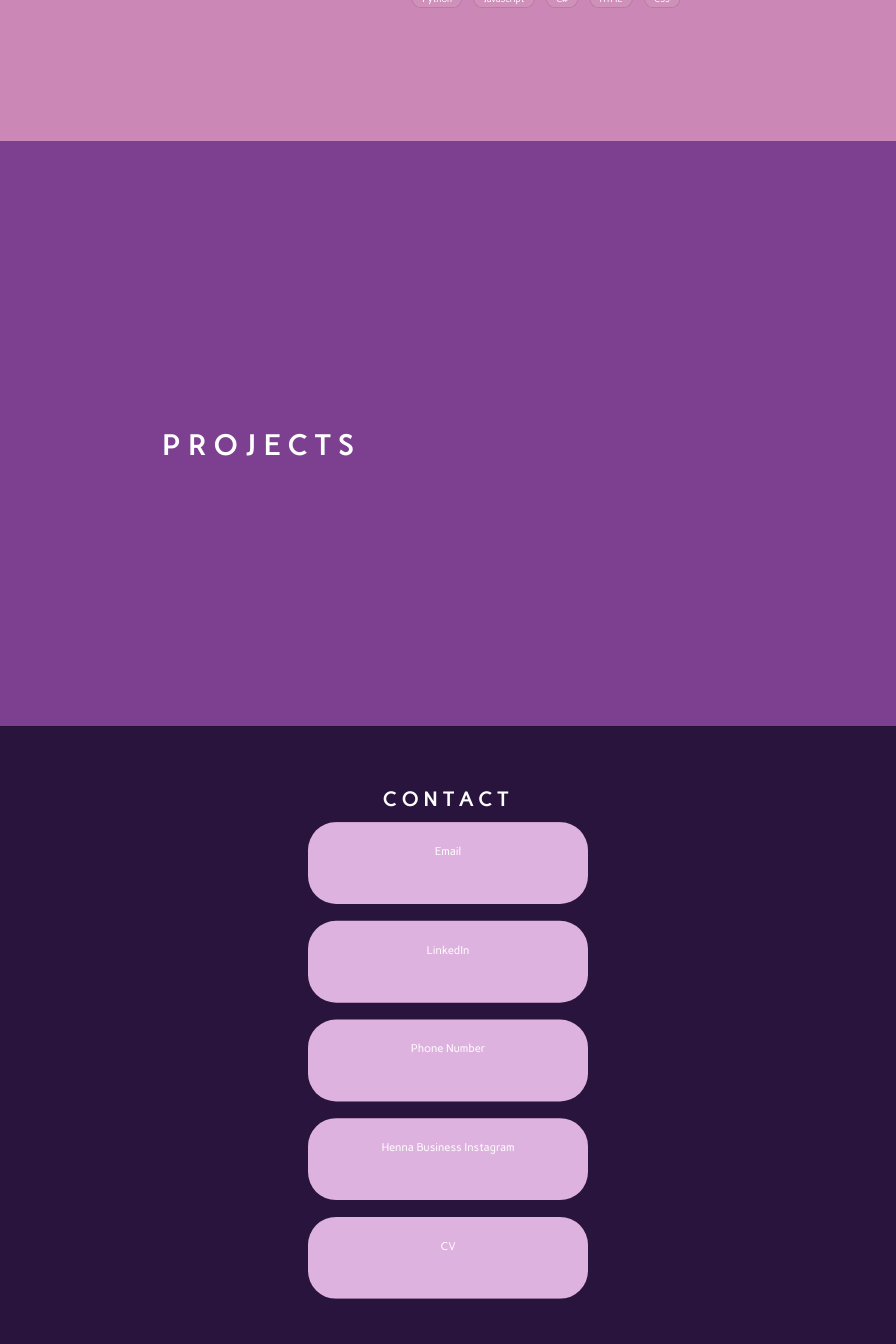
Repository: Rameen-A/Rameen-A
Page: index.html
An editor plug-in stored every save of this project. The page is shown before and after the next save, followed by the edit.
The browser window is 1280 px wide. The pictures show the part of the page from y = 1278 to 3198 px (the page is 3198 px tall), at 70% of full size.

Above is the page before, as saved 2026-05-05 15:00:59.

### index.html
<!DOCTYPE html>
<html lang="en">
  <head>
    <meta charset="UTF-8" />
    <meta name="viewport" content="width=device-width, initial-scale=1.0" />
    <title>My Portfolio Project</title>
    <link rel="stylesheet" href="styles/globals.css" />
    <link rel="stylesheet" href="styles/index.css" />
  </head>
  <body>
    <nav class="sidebar">
      <button class="menu-button">☰</button>
      <ul class="menu">
        <li><a href="#about">About me</a></li>
        <li><a href="#projects">View Projects</a></li>
        <li><a href="#contact">My Info </a></li>
      </ul>
    </nav>
    <!-- Hero Section -->
    <section class="hero">
      <article>
        <h1>Rameen Amir</h1>
        <h3>Computer Science student | Business Artist</h3>
        <a href="#projects">View Projects</a>
      </article>
    </section>
    <!-- About Me Section -->
    <section class="about" id="about">
      <img
        src="assets/images/686415663_1672869123865112_6993977710073232581_n.jpg"
        alt="Profile Picture"
      />
      <div class="about-content">
        <h2 class="aboutMe">About Me</h2>
        <p>
          I am a Computer Science student with a passion for business and
          creating. I have experience in c# and UI, project and management. I am
          always looking for new opportunities to learn and grow in both fields.
        </p>
        <p class="tools-labels">Tools & Technologies:</p>
        <ul class="tools-list">
          <li>Python</li>
          <li>JavaScript</li>
          <li>C#</li>
          <li>HTML</li>
          <li>CSS</li>
        </ul>
      </div>
    </section>
    <!-- Projects Section -->
    <section class="projects" id="projects">
      <h2>Projects</h2>
      <div class="cards">
        <article class="card">
          <h3>Pac-man game</h3>
          <p>
            A console PacMan style game built in C# for Programming 1. Features
            a live timer, score tracking, high score system, and a main menu
            rendered entirely in the terminal.
          </p>
          <p class="tech">C# · .NET · Console</p>
          <a href="" target="_blank">View Code</a>
        </article>
        <article class="card">
          <h3>Trash Sorting AI</h3>
          <p>
            A machine learning model trained on Teachable Machine to classify
            garbage into 4 categories: glass, plastic, paper, and metal.
            Integrated with a p5.js web app that sends predictions to a
            Raspberry Pi Pico via serial, lighting up different LEDs based on
            the result.
          </p>
          <p class="tech">
            Teachable Machine · p5.js · Arduino · Raspberry Pi Pico
          </p>
          <a href="" target="_blank">View Project</a>
        </article>
      </div>
    </section>
    <!-- Contact Section -->
    <section class="contact">
      <h2 id="contact">Contact</h2>
      <div class="contact-cards">
        <div class="contact-card">
          <p class="contact-label">Email</p>
          <a href="mailto:rameenamir.ca@gmail.com">rameenamir.ca@gmail.com</a>
        </div>

        <div class="contact-card">
          <p class="contact-label">LinkedIn</p>
          <a
            href="https://www.linkedin.com/in/rameen-amir-5a9912349/"
            target="_blank"
            >Rameen Amir</a
          >
        </div>
        <div class="contact-card">
          <p class="contact-label">Phone Number</p>
          <a href="tel:5145617912">514-561-7912</a>
        </div>
        <div class="contact-card">
          <p class="contact-label">Henna Business Instagram</p>
          <a
            href="https://www.instagram.com/henna_byrameen?igsh=OGZzczk1ZWl6bW9p"
            target="_blank"
            >Henna_byrameen</a
          >
        </div>
        <div class="contact-card">
          <p class="contact-label">CV</p>
          <a href="assets/images/rameen cv 26.png" target="_blank">View CV</a>
        </div>
      </div>
    </section>
  </body>
  <script>
    const button = document.querySelector(".menu-button");
    const menu = document.querySelector(".menu");
    const links = document.querySelectorAll(".menu a");

    button.addEventListener("click", () => {
      menu.classList.toggle("show");
    });

    links.forEach((link) => {
      link.addEventListener("click", () => {
        menu.classList.remove("show");
      });
    });
  </script>
</html>

### styles/globals.css
/* FONT DEFS */
@font-face {
    font-family: "main font";
    src: url(../assets/fonts/Carme/Carme-Regular.ttf);
  }

  /* CROSS PAGE STYLES */
  body {
    color: white;
    font-family: "main font", Verdana, sans-serif;
    margin:auto;
  }

  h1 {
    font-weight: bold;
    text-transform: uppercase;
    font-size: 1.5rem;
  }

  a {
    text-decoration: none;
    color: white;
    font-size: 0.75rem;
  }
  ul {
    list-style: none;
    padding: 0;
    margin: 0;
  }
a:hover{
    text-decoration: underline;

}

### styles/index.css
body {
  margin: 0;
  top: 0;
  background-color: black;
}

.hero {
  display: flex;
  align-items: center;
  justify-content: center;
  text-align: center;
  height: 100vh;

  background-image: url(../assets/images/9a61269bd961543ec7b161a66536ad3a.gif);
  background-size: cover;
  background-position: center;
  background-repeat: no-repeat;
}

section a {
  border: 2px solid white;
  padding: 0.5rem; /* rem for padding/margin */
  border-radius: 20px; /* px fine for offsets */
}

article {
  opacity: 0;
  transition: opacity 0.5s ease-in;
}
/*menu bar */
.menu {
  position: fixed;
  top: 0;
  left: -250px;
  width: 200px;
  height: 100vh;
  background: rgba(0, 0, 0, 0.9);

  display: flex;
  flex-direction: column;
  padding-top: 5rem;
}

.menu.show {
  left: 0;
  transition: left 0.3s ease;
}
.menu-button {
  opacity: 0.6;
  font-size: 2rem;

  background: transparent;
  border: none;
  outline: none;

  color: white;
  cursor: pointer;
}

/*about me section */
.about {
  display: flex;
  align-items: center;
  justify-content: center;
  min-height: 100vh;
  text-align: center;

  background-color: rgb(203, 135, 181);
}
.about h2 {
  font-size: 1.75rem;
  margin-bottom: 1rem;
  letter-spacing: 0.3em;
  text-transform: uppercase;
}
.about-content {
  display: flex;
  flex-direction: column;
  align-items: center;
  gap: 1.5rem;
  margin: 0 1rem;
  max-width: 500px;
  text-align: left;
}
.about img {
  object-fit: cover; /*internet */
  border-radius: 50%;
  display: inline-block;
  vertical-align: middle;
  border: 3px solid rgba(118, 20, 57s, 0.2);
  width: 100%;
  max-width: 280px;
  height: auto;
  overflow: hidden;
}
.about-list li {
  font-size: 0.95rem;
  line-height: 1.5;
}

.tools-labels {
  font-size: 0.8rem;
  text-transform: uppercase;
  letter-spacing: 0.08em;
  text-align: left;
  margin-bottom: 0.5rem;
}
.tools-list {
  display: flex;
  flex-wrap: wrap; /* allows items to wrap / internet*/
  gap: 1rem;
  text-align: left;
}
.tools-list li {
  background-color: rgba(255, 252, 252, 0.08);
  border: 1px solid rgba(82, 4, 35, 0.2);
  border-radius: 20px;
  padding: 0.3rem 0.85rem;
  font-size: 0.8rem;
}
/*PROJECTS*/
.projects {
  display: flex;
  justify-content: center;
  min-height: 100vh;
  background-color: rgb(125, 64, 144);
  align-items: center;
  padding-top: 4rem;
  padding-bottom: 3rem;
}
.projects h2 {
  font-size: 1.75rem;
  margin-bottom: 1rem;
  letter-spacing: 0.3em;
  text-transform: uppercase;
}

.cards {
  display: flex;
  flex-direction: column;
  gap: 1.5rem;
  align-items: center;
  margin: 0 1rem;
  max-width: 500px;
  text-align: left;
}
.card {
  background-color: #e18de1;
  border: 1px solid rgba(230, 216, 225, 0.1);
  border-radius: 10px;
  padding: 1.5rem;
  text-align: left;
  display: flex;
  flex-direction: column;
  align-items: center;
  gap: 1.5rem;
  margin: 0 1rem;
  max-width: 500px;
}

.card:hover {
  border-color: rgba(180, 26, 26, 0.4);
}

.card h3 {
  font-size: 1.1rem;
  margin-bottom: 0.5rem;
}

.card p {
  font-size: 0.9rem;
  line-height: 1.6;
  opacity: 0.8;
  margin: 0 0 0.5rem 0;
}

.card .tech {
  font-size: 0.75rem;
  opacity: 0.5;
  margin: 0.75rem 0;
}

.card a {
  display: inline-block;
  border: 1px solid rgb(244, 239, 242);
  padding: 0.4rem 1rem;
  border-radius: 20px;
  font-size: 0.8rem;
  margin-top: 0.5rem;
}

.card a:hover {
  background-color: rgb(247, 235, 235);
  color: #0a1628;
  text-decoration: none;
}

section:hover article {
  opacity: 1;
}
/*CONTACT PAGE*/
.contact {
  display: flex;
  flex-direction: column;
  align-items: center;

  min-height: 100vh;
  padding: 4rem 1rem;

  background-color: rgb(40, 20, 60);
}
.contact h2 {
  text-align: left;
  font-size: 1.75rem;
  margin-bottom: 1rem;
  letter-spacing: 0.3em;
  text-transform: uppercase;
}
.contact-cards {
  display: flex;
  flex-direction: column;
  gap: 1.5rem;
  width: 100%;
  max-width: 400px;
}
.contact-card {
  background-color: #deb2de;
  padding: 1rem;
  border-radius: 40px;
  text-align: center;

  position: relative;
  overflow: hidden;
}
.contact-card a {
  opacity: 0;
  transition: opacity 0.3s ease;
  display: block;
  margin-top: 0.5rem;
}
.contact-card:hover a {
  opacity: 1;
}
.contact-card .label {
  font-size: 1rem;
  text-transform: uppercase;
}

/* nav mods */
nav {
  position: sticky;
  top: 0;
}

nav ul {
  display: flex;
  justify-content: flex-end;
  margin: 0;
}

nav ul li {
  list-style: none;
  margin: 1rem;
}

/*mobile-first */

nav ul {
  justify-content: center;
}
@media (min-width: 768px) {
  .about h2,
  .projects h2 {
    font-size: 2.5rem;
  }
}

/*Tablet and desktop support*/
@media (min-width: 768px) {
  nav ul {
    justify-content: flex-end;
  }
}

After the next save:
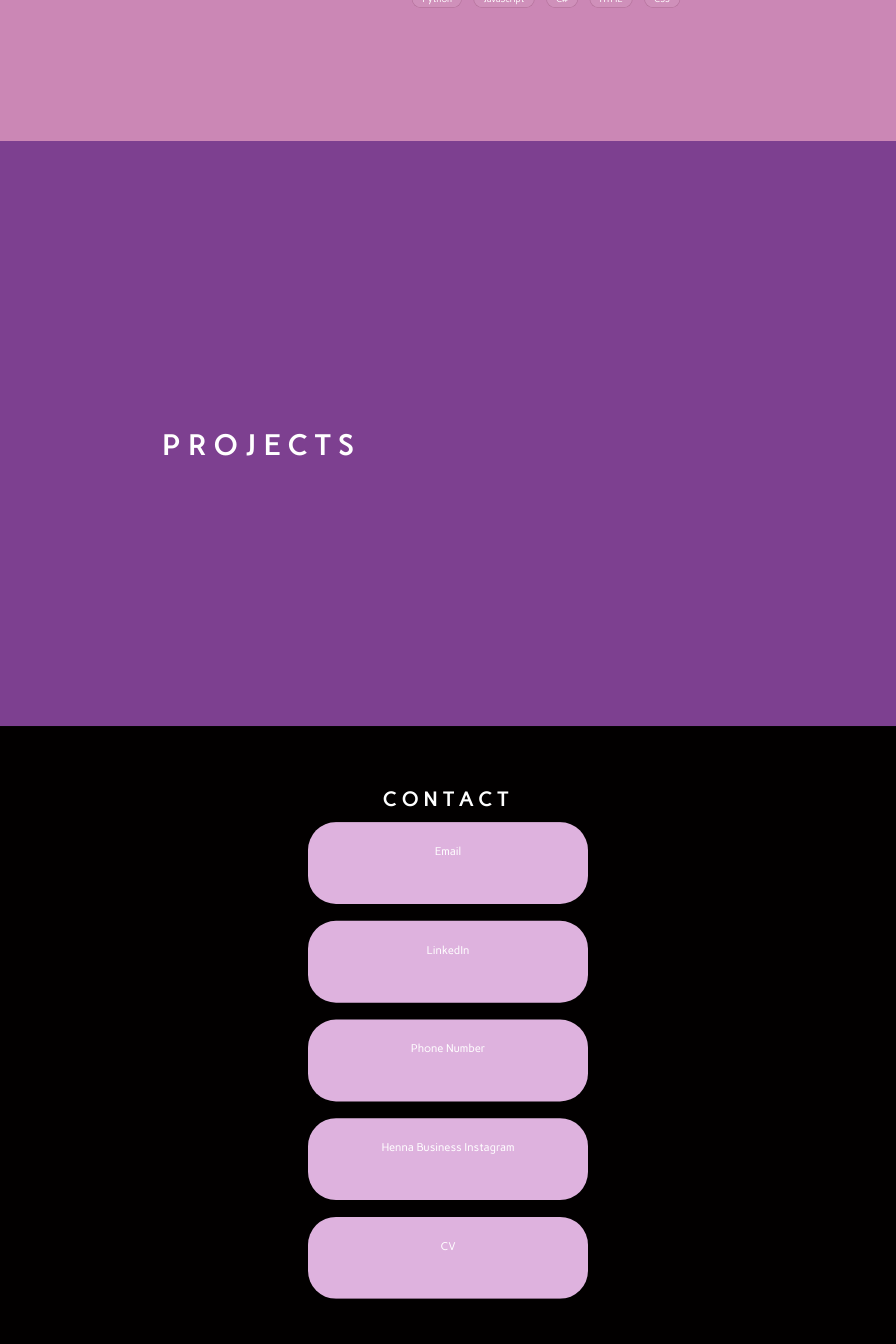
Saved 119 s later.
--- a/styles/index.css
+++ b/styles/index.css
@@ -207,10 +207,9 @@ section:hover article {
   min-height: 100vh;
   padding: 4rem 1rem;
 
-  background-color: rgb(40, 20, 60);
+  background-color: rgb(2, 0, 0);
 }
 .contact h2 {
-  text-align: left;
   font-size: 1.75rem;
   margin-bottom: 1rem;
   letter-spacing: 0.3em;
@@ -240,10 +239,12 @@ section:hover article {
 }
 .contact-card:hover a {
   opacity: 1;
+  background-color: #ed8eda;
 }
 .contact-card .label {
   font-size: 1rem;
   text-transform: uppercase;
+  background-color: rgb(134, 81, 13);
 }
 
 /* nav mods */
